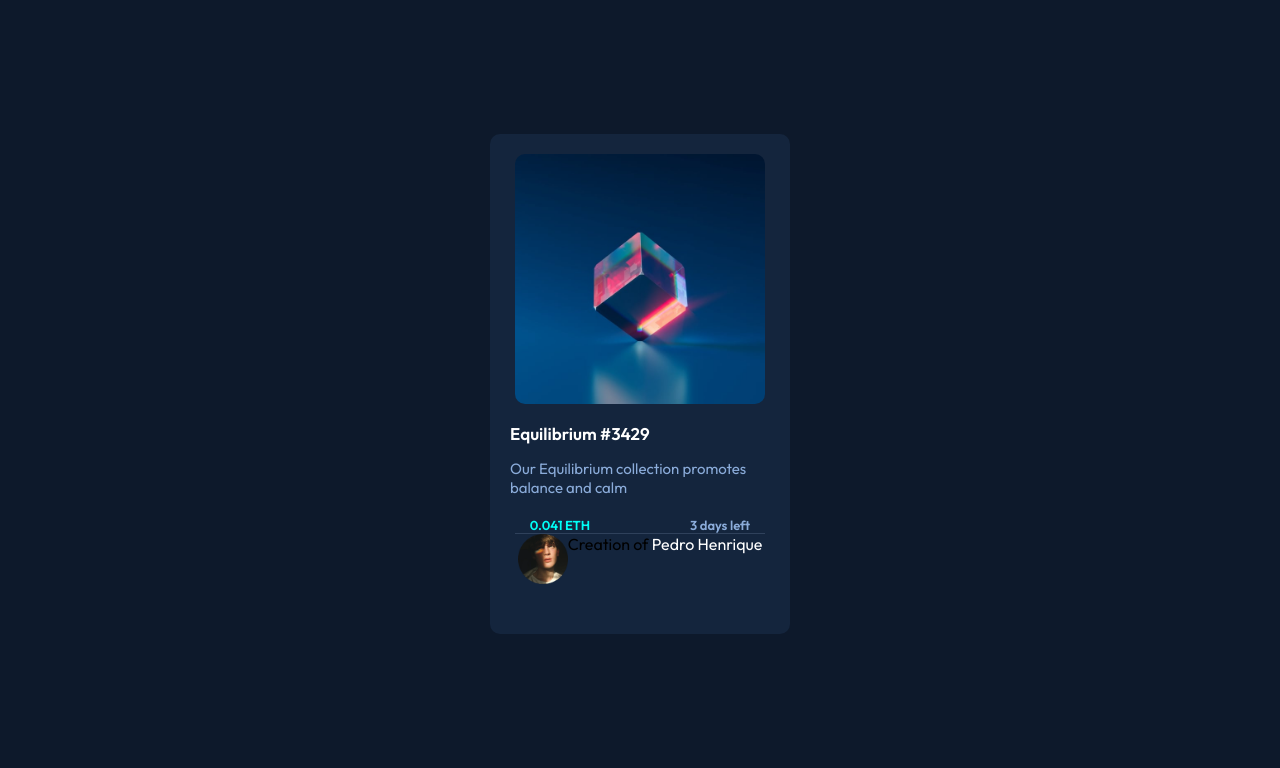
Repository: PedroHEAA/nft
Page: index.html
The author's editor kept a copy of each file at every save. The page is drawn from the files as they stood at one save, then again after the next save.
The browser window is 1280 px wide. The pictures show the whole page.

Above is the page before, as saved 2022-11-03 20:52:05.

After the next save:
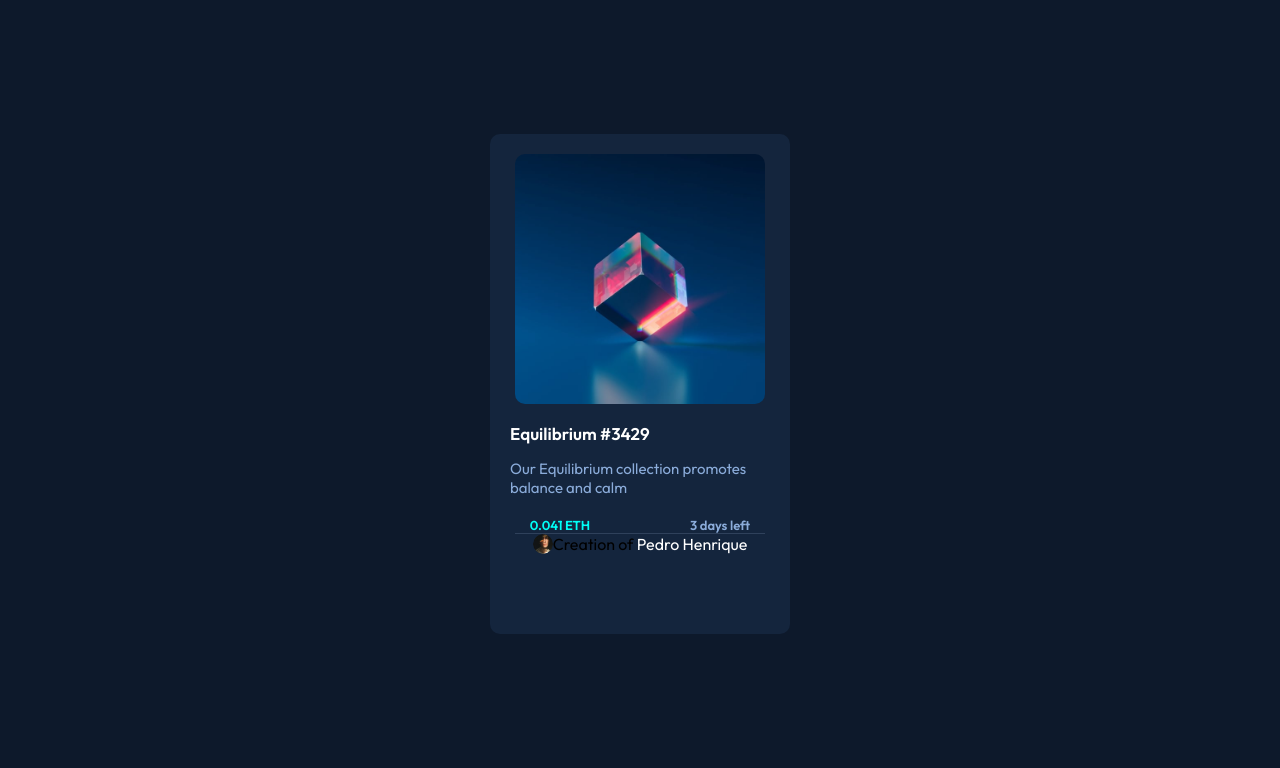
Saved 10 s later.
--- a/index.html
+++ b/index.html
@@ -37,7 +37,7 @@
 
             <hr class="line">
             <div class="creator">
-                <img src="src/images/image-avatar.png" alt="NFT creator" width="50px">
+                <img src="src/images/image-avatar.png" alt="NFT creator" width="20px">
                 <p> Creation of <a href="#">Pedro Henrique</a></p>
             </div>
         </div>
